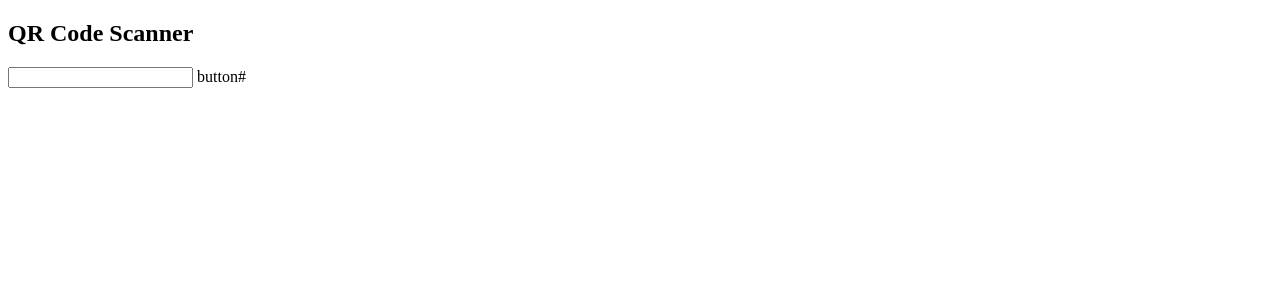
Repository: JunaidAnsari202/QR-Scanner
Page: index.html
An editor plug-in stored every save of this project. The page is shown before and after a run of saves, followed by the edit.
The browser window is 1280 px wide. The pictures show the whole page.

Above is the page before, as saved 2024-10-12 12:05:12.

After the next 6 saves:
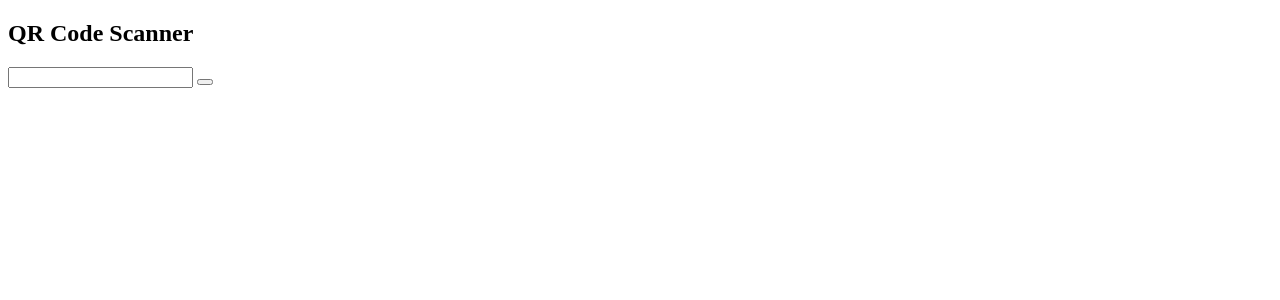
The 6 saves are shown as one change because they came seconds apart.
The last was saved 14 s later.
--- a/index.html
+++ b/index.html
@@ -9,7 +9,7 @@
     <div class="qr-container">
         <h2>QR Code Scanner</h2>
         <input type="text" id="qr-input">
-        button#
+        <button id="qr-button"></button>
     </div>
 </body>
 <script src="scripit.js"></script>
